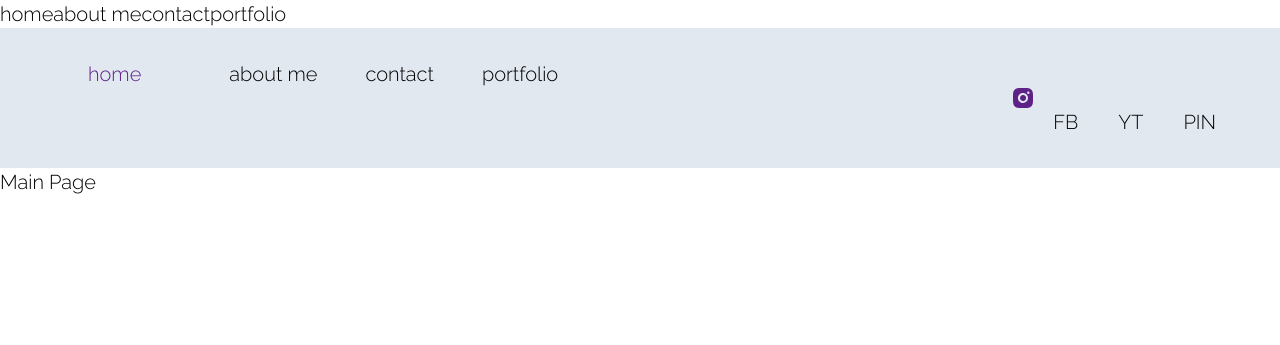
Repository: hubertrh/klaudia-personal-next
Page: /
These files come from the project's save history. The page is drawn as it stood at one moment and after the next save; the edit follows.
The browser window is 1280 px wide. The pictures show the whole page.
The project was rebuilt for these pictures with package versions that can differ from the ones it lists, and the page was loaded fresh each time. The framework's server and built-in components were replaced by stand-ins that run in the browser. Also part of the build but not shown: next.config.js.

Above is the page before, as saved 2023-08-11 18:00:28.

### app/layout.tsx
import './globals.css';
import type { Metadata } from 'next';
import { Inter } from 'next/font/google';
import Link from 'next/link';

const inter = Inter({ subsets: ['latin'] });

export const metadata: Metadata = {
  title: 'Klaudia Rogala-Haracz',
  description: 'Portrait and reportage photography. Based in London.',
};

export default function RootLayout({
  children,
}: {
  children: React.ReactNode;
}) {
  return (
    <html lang="en">
      <body className={inter.className}>
        <header>
          <nav>
            <Link href="#!">home</Link>
            <Link href="#!">about me</Link>
            <Link href="#!">contact</Link>
            <Link href="#!">portfolio</Link>
          </nav>
          <div></div>
        </header>
        {children}
      </body>
    </html>
  );
}

### app/(site)/layout.tsx
import '../globals.css';
import type { Metadata } from 'next';
import { Raleway } from 'next/font/google';
import Image from 'next/image';
import Link from 'next/link';
import igIcon from '@/public/icons/ig-icon.svg';
import fbIcon from '@/public/icons/fb-icon.svg';
import ytIcon from '@/public/icons/yt-icon.svg';
import pinIcon from '@/public/icons/pin-icon.svg';

const raleway = Raleway({ weight: '300', subsets: ['latin'] });

export const metadata: Metadata = {
  title: 'Klaudia Rogala-Haracz',
  description: 'Portrait and reportage photography. Based in London.',
};

export default function RootLayout({
  children,
}: {
  children: React.ReactNode;
}) {
  return (
    <html lang="en">
      <body className={`${raleway.className} text-xl`}>
        <header className="flex justify-between bg-slate-200 px-16 py-8">
          <nav className="nav">
            <Link className="!ml-0 !mr-10 text-primary" href="/">
              home
            </Link>
            <Link href="#!">about me</Link>
            <Link href="#!">contact</Link>
            <Link href="/portfolio">portfolio</Link>
          </nav>
          <div>
            <Link
              className="social-icon"
              href="https://www.instagram.com/_klaudiarogala/"
            >
              <Image src={igIcon} alt="Instagram icon" />
            </Link>
            <Link
              className="social-icon"
              href="https://www.facebook.com/klaudiarogalaphotographer/"
            >
              FB
            </Link>
            <Link
              className="social-icon"
              href="https://www.youtube.com/channel/UCyVfMWp16X_wYCG9213YOQw/"
            >
              YT
            </Link>
            <Link
              className="social-icon"
              href="https://www.pinterest.com/zuzannnnaa/"
            >
              PIN
            </Link>
            {/* <a class="lang-btn" href="/pl/index.html"><img src="/icons/flag-pl.svg" /></a> */}
          </div>
        </header>
        {children}
      </body>
    </html>
  );
}

### app/(site)/page.tsx
export default function Home() {
  return <div>Main Page</div>;
}

### app/globals.css
@tailwind base;
@tailwind components;
@tailwind utilities;

:root {
  --foreground-rgb: 0, 0, 0;
  --background-rgb: 255, 255, 255;
}

body {
  color: rgb(var(--foreground-rgb));
  background: rgb(var(--background-end-rgb));
}

.nav > * {
  @apply relative px-6 py-6 transition-all duration-300 before:absolute before:bottom-4 before:left-1/2 before:h-[1.5px] before:w-0 before:-translate-x-1/2 before:bg-primary before:transition-all before:duration-300 before:ease-out before:content-[''] hover:text-primary hover:before:w-full;
}

.social-icon {
  @apply pl-10;
}

### tailwind.config.js
/** @type {import('tailwindcss').Config} */
module.exports = {
  content: [
    './pages/**/*.{js,ts,jsx,tsx,mdx}',
    './components/**/*.{js,ts,jsx,tsx,mdx}',
    './app/**/*.{js,ts,jsx,tsx,mdx}',
  ],
  theme: {
    extend: {
      colors: {
        primary: '#5D2187',
      },
      backgroundImage: {
        'gradient-radial': 'radial-gradient(var(--tw-gradient-stops))',
        'gradient-conic':
          'conic-gradient(from 180deg at 50% 50%, var(--tw-gradient-stops))',
      },
    },
  },
  plugins: [],
};

After the next save:
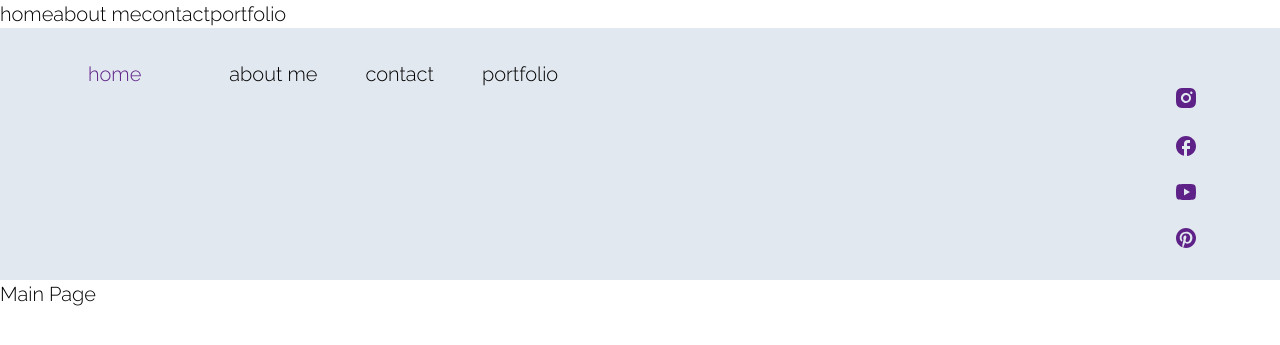
Saved 18 s later.
--- a/app/(site)/layout.tsx
+++ b/app/(site)/layout.tsx
@@ -43,19 +43,19 @@
               className="social-icon"
               href="https://www.facebook.com/klaudiarogalaphotographer/"
             >
-              FB
+              <Image src={fbIcon} alt="Facebook icon" />
             </Link>
             <Link
               className="social-icon"
               href="https://www.youtube.com/channel/UCyVfMWp16X_wYCG9213YOQw/"
             >
-              YT
+              <Image src={ytIcon} alt="YouTube icon" />
             </Link>
             <Link
               className="social-icon"
               href="https://www.pinterest.com/zuzannnnaa/"
             >
-              PIN
+              <Image src={pinIcon} alt="Pinterest icon" />
             </Link>
             {/* <a class="lang-btn" href="/pl/index.html"><img src="/icons/flag-pl.svg" /></a> */}
           </div>

After the save that followed:
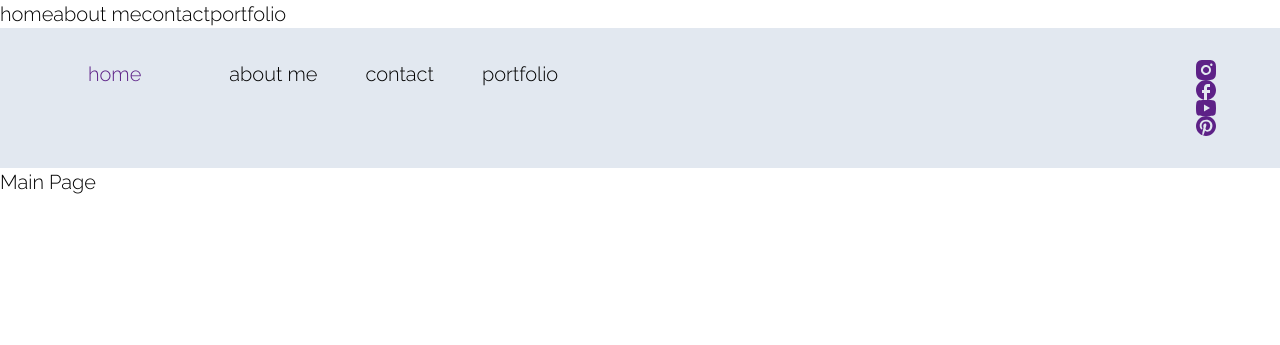
Saved 66 s later.
--- a/app/(site)/layout.tsx
+++ b/app/(site)/layout.tsx
@@ -33,28 +33,16 @@
             <Link href="/portfolio">portfolio</Link>
           </nav>
           <div>
-            <Link
-              className="social-icon"
-              href="https://www.instagram.com/_klaudiarogala/"
-            >
+            <Link href="https://www.instagram.com/_klaudiarogala/">
               <Image src={igIcon} alt="Instagram icon" />
             </Link>
-            <Link
-              className="social-icon"
-              href="https://www.facebook.com/klaudiarogalaphotographer/"
-            >
+            <Link href="https://www.facebook.com/klaudiarogalaphotographer/">
               <Image src={fbIcon} alt="Facebook icon" />
             </Link>
-            <Link
-              className="social-icon"
-              href="https://www.youtube.com/channel/UCyVfMWp16X_wYCG9213YOQw/"
-            >
+            <Link href="https://www.youtube.com/channel/UCyVfMWp16X_wYCG9213YOQw/">
               <Image src={ytIcon} alt="YouTube icon" />
             </Link>
-            <Link
-              className="social-icon"
-              href="https://www.pinterest.com/zuzannnnaa/"
-            >
+            <Link href="https://www.pinterest.com/zuzannnnaa/">
               <Image src={pinIcon} alt="Pinterest icon" />
             </Link>
             {/* <a class="lang-btn" href="/pl/index.html"><img src="/icons/flag-pl.svg" /></a> */}
--- a/app/globals.css
+++ b/app/globals.css
@@ -16,6 +16,6 @@ body {
   @apply relative px-6 py-6 transition-all duration-300 before:absolute before:bottom-4 before:left-1/2 before:h-[1.5px] before:w-0 before:-translate-x-1/2 before:bg-primary before:transition-all before:duration-300 before:ease-out before:content-[''] hover:text-primary hover:before:w-full;
 }
 
-.social-icon {
+.social-icons > * {
   @apply pl-10;
 }
